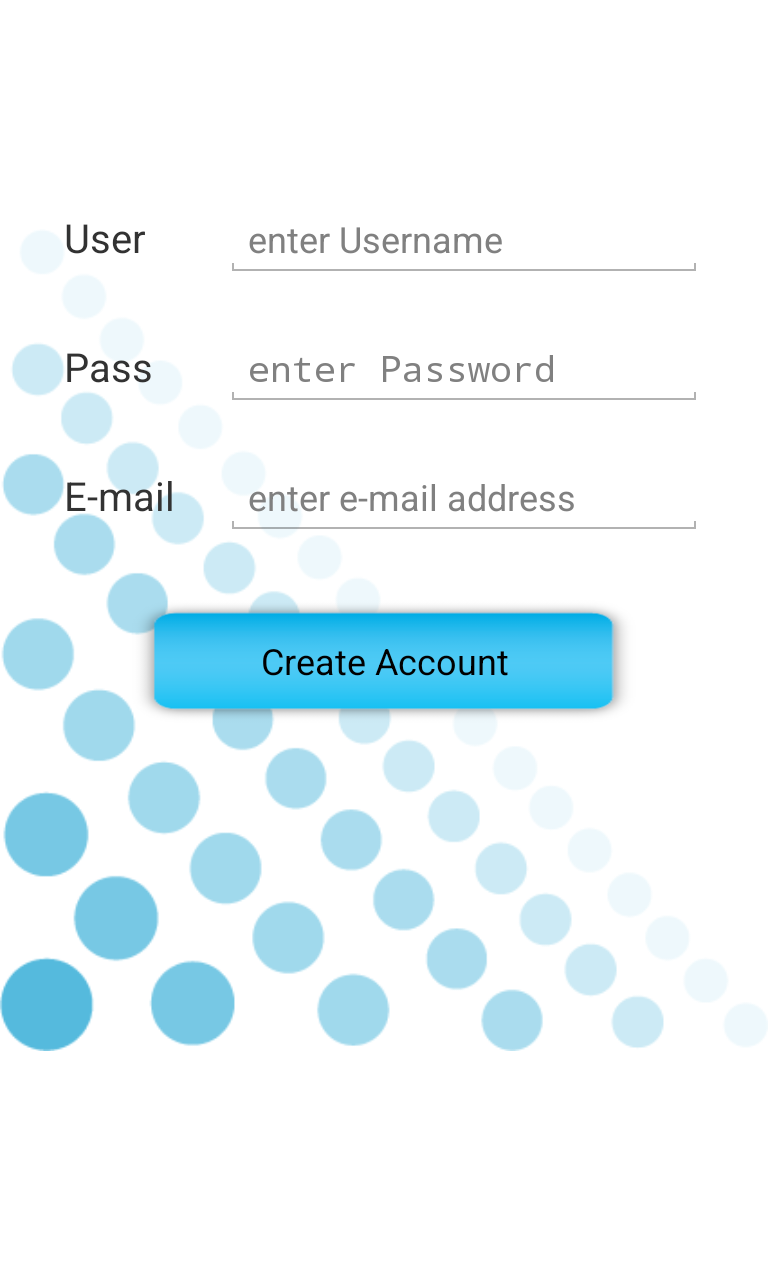
Repository: frebblegameteam/FrebbleApp
Layout: Frebble/res/layout/activity_sign_up.xml
These files come from the project's save history. The layout is drawn as it stood at one moment and after the next save; the edit follows.
It is drawn on a 768 x 1280 px phone screen (xhdpi) without system bars, with theme FrebbleABTheme; the app's code is not run.

Above is the layout before, as saved 2014-10-08 14:19:05.

After the next save:
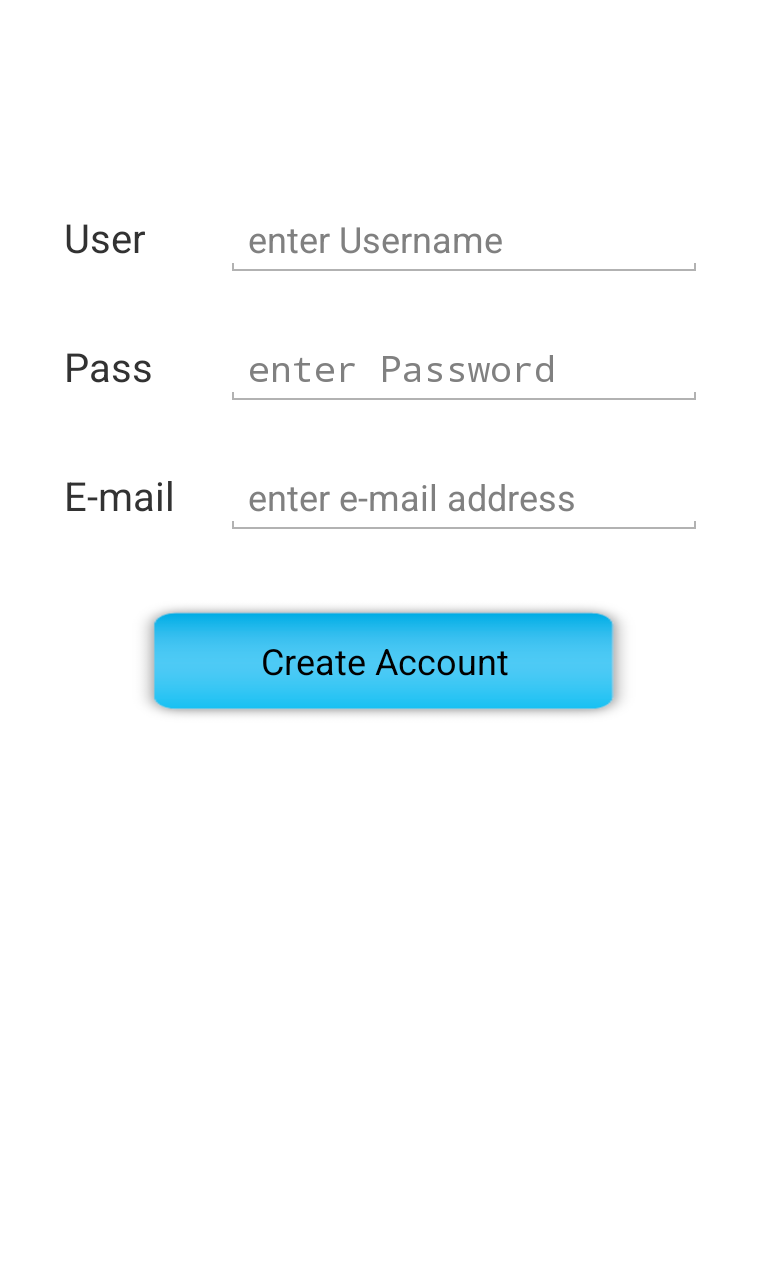
Saved 85 s later.
--- a/Frebble/res/layout/activity_sign_up.xml
+++ b/Frebble/res/layout/activity_sign_up.xml
@@ -4,15 +4,9 @@
     android:layout_width="match_parent"
     android:layout_height="match_parent">
 
-    <ImageView
-        android:id="@+id/imageView1"
-        android:layout_width="match_parent"
-        android:layout_height="match_parent"
-        android:src="@drawable/balletjes" />
-
     <RelativeLayout
-        android:layout_width="match_parent"
-        android:layout_height="match_parent"
+        android:layout_width="wrap_content"
+        android:layout_height="wrap_content"
         android:paddingLeft="@dimen/activity_horizontal_margin"
         android:paddingRight="@dimen/activity_horizontal_margin"
         tools:context="com.hollandhaptics.frebble.SignUpActivity" >
